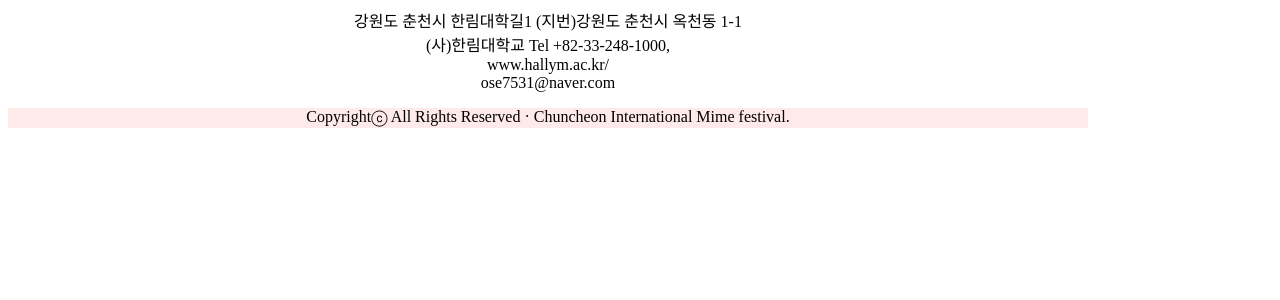
Repository: seeunOh/Webproject2018_StrongHealth
Page: StrongHealth/WebContent/Footer.html
The author's editor kept a copy of each file at every save. The page is drawn from the files as they stood at one save, then again after the next save.
The browser window is 1280 px wide. The pictures show the whole page.

Above is the page before, as saved 2018-12-22 08:17:16.

### StrongHealth/WebContent/Footer.html

<!DOCTYPE html>
<html>
<head>
<meta charset="EUC-KR">
<title>Insert title here</title>
<style>



#footer {
	clear: both;
    background-color: white;
    width: 1080px;
    height: 100px;
    float:left;
    text-align:center;

}
#bottom {
    background-color: #FFEAEA;
    width: 1080px;
    height: 20px;
    clear: both;
    text-align:center;

}
</style>


</head>



<body>


<div id=footer>

<h7>강원도 춘천시 한림대학길1 (지번)강원도 춘천시 옥천동 1-1
<br>(사)한림대학교 Tel +82-33-248-1000,
<br>www.hallym.ac.kr/
<br>ose7531@naver.com</h7>

</div>

<div id="bottom">
<h7>Copyrightⓒ All Rights Reserved · Chuncheon International Mime festival.</h7>
</div>


</div>


</body>
</html>

After the next save:
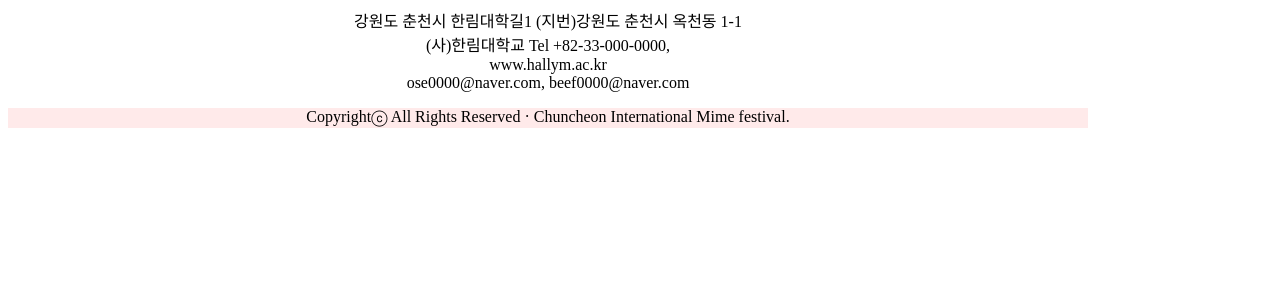
Saved 76 min 48 s later.
--- a/StrongHealth/WebContent/Footer.html
+++ b/StrongHealth/WebContent/Footer.html
@@ -38,9 +38,9 @@
 <div id=footer>
 
 <h7>강원도 춘천시 한림대학길1 (지번)강원도 춘천시 옥천동 1-1
-<br>(사)한림대학교 Tel +82-33-248-1000,
-<br>www.hallym.ac.kr/
-<br>ose7531@naver.com</h7>
+<br>(사)한림대학교 Tel +82-33-000-0000,
+<br>www.hallym.ac.kr
+<br>ose0000@naver.com, beef0000@naver.com</h7>
 
 </div>
 
